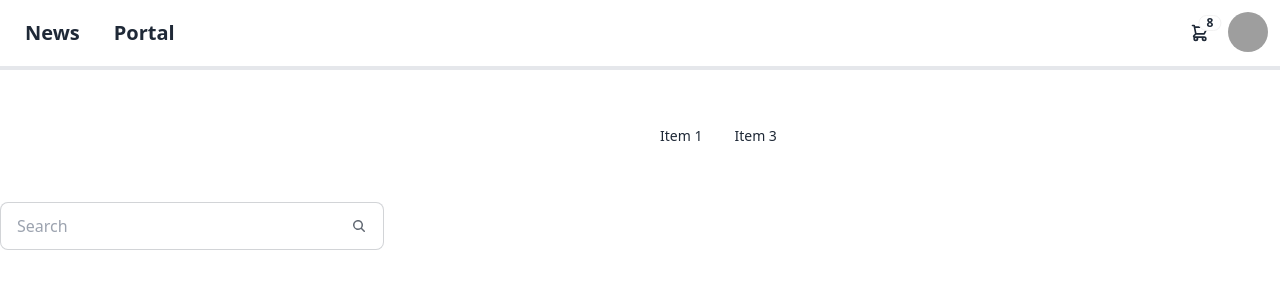
Repository: RudrasahaDibos/news-portal
Page: index.html
The author's editor kept a copy of each file at every save. The page is drawn from the files as they stood at one save, then again after a run of saves.
The browser window is 1280 px wide. The pictures show the whole page.
Pictures or frames that could not be fetched are drawn as grey boxes. Some web libraries are served in a nearby version.

Above is the page before, as saved 2024-11-23 15:01:48.

After the next 3 saves:
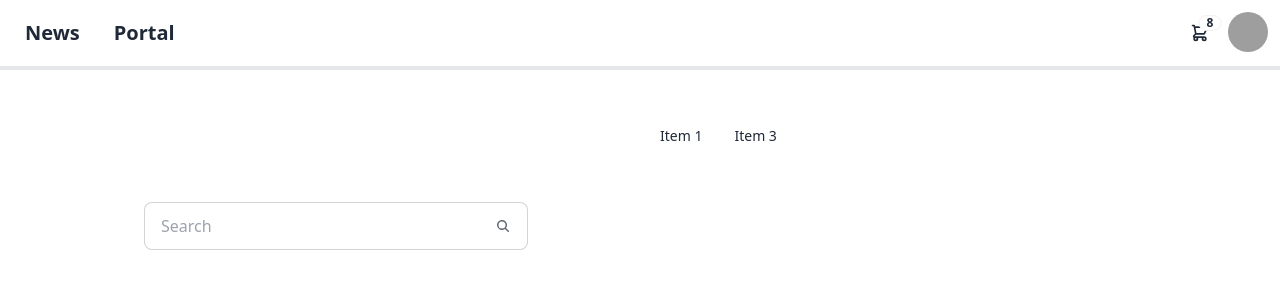
The 3 saves are shown as one change because they came seconds apart.
The last was saved 21 s later.
--- a/index.html
+++ b/index.html
@@ -122,7 +122,7 @@
         <!-- main is start here -->
          <main>
             <!-- search button start here -->
-            <label class="input input-bordered flex items-center gap-2 mt-8 w-96  text-center ">
+            <label class="input input-bordered flex items-center gap-2 mt-8 w-96  ml-36 ">
                 <input type="text" class="grow" placeholder="Search" />
                 <svg
                   xmlns="http://www.w3.org/2000/svg"
